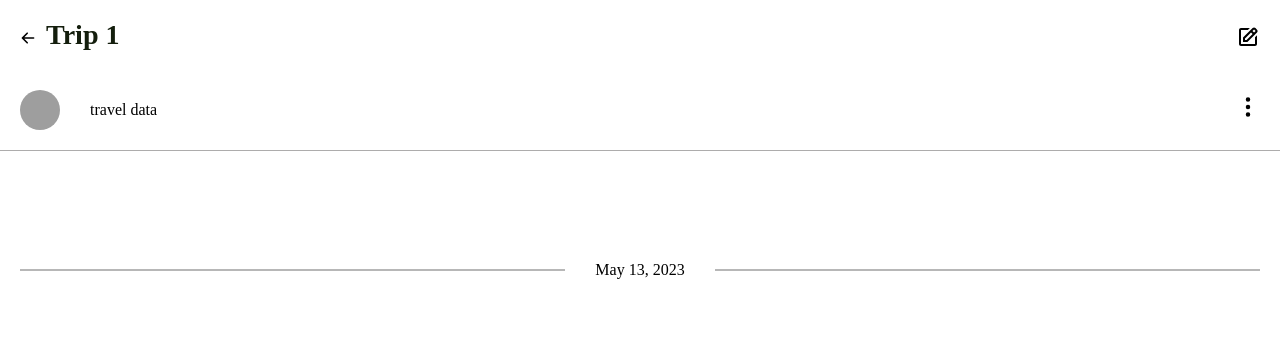
Repository: Abhi2359/PWA_Corider
Page: /
An editor plug-in stored every save of this project. The page is shown before and after a run of saves, followed by the edit.
The browser window is 1280 px wide. The pictures show the whole page.
Pictures or frames that could not be fetched are drawn as grey boxes. The page's requests for data from a server got no answer. The project was rebuilt for these pictures with package versions that can differ from the ones it lists, and the page was loaded fresh each time. No one was signed in, and anything a server would have sent is missing. Also part of the build but not shown: vite.config.js.

Above is the page before, as saved 2023-05-13 03:06:34.

After the next 2 saves:
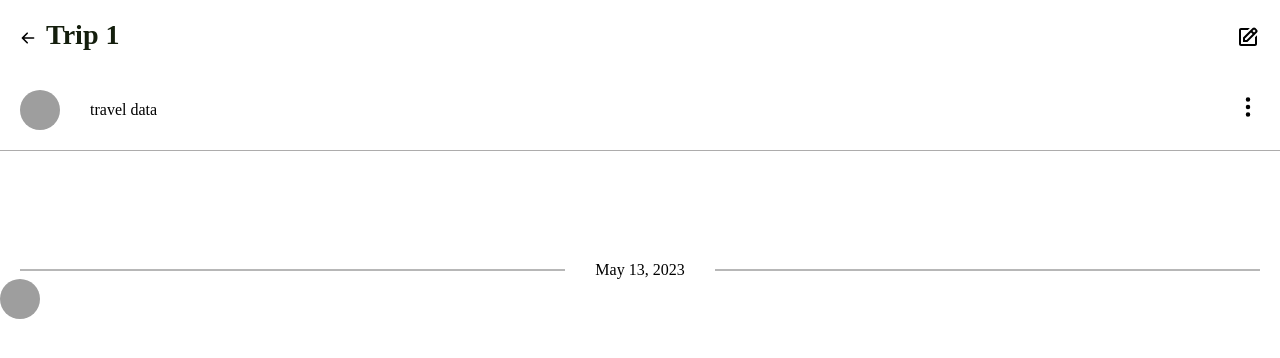
The 2 saves are shown as one change because they came seconds apart.
The last was saved 17 s later.
--- a/src/App.jsx
+++ b/src/App.jsx
@@ -2,6 +2,7 @@ import { useEffect, useState } from 'react';
 import './App.css'
 import { fetchData } from './api/fetchData'
 import Header from './Header';
+import Chat from './Chat';
 
 function App() {
   const [data, setData] = useState([]);
@@ -32,7 +33,7 @@ function App() {
     <div>
     <Header/>
     <div className="chat-container">
-
+   <Chat/>
     </div>
     </div>
     </>
